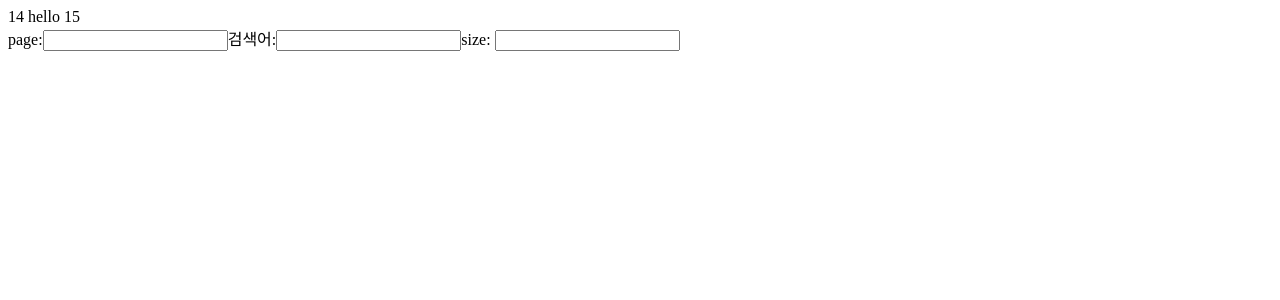
Repository: 12hongkildong/ttest
Page: http://localhost/webPrj/input?p=14&q=hello&s=15
These files come from the project's save history. The page is drawn as it stood at one moment and after the next save; the edit follows.
The browser window is 1280 px wide. The pictures show the whole page.
The page is served by Tomcat 10. Other server files are loaded and not shown.

Above is the page before, as saved 2023-02-17 07:49:31.

### workspace/webPrj/src/main/java/com/newlecture/web/InputController.java
package com.newlecture.web;

import java.io.IOException;
import java.io.PrintWriter;

import jakarta.servlet.ServletException;
import jakarta.servlet.annotation.WebFilter;
import jakarta.servlet.annotation.WebServlet;
import jakarta.servlet.http.HttpServlet;
import jakarta.servlet.http.HttpServletRequest;
import jakarta.servlet.http.HttpServletResponse;

@WebServlet("/input")
public class InputController extends HttpServlet{

	@Override
	protected void service(HttpServletRequest request, HttpServletResponse response) throws ServletException, IOException {
//		1. 쿼리 스트림을 이용한 입력znjfl tmxmfladmf dldydgks dlqfur
//			QueryString이란? 데이터 제공하는 방법, 그대신 우리 비밀번호 같은 게 보이게 된다?
//		예: 페이지, 검색어, 레코드 개수, 날짜 범위, 기간...
//		그럼 위의 옵션은 누가 결정하냐? -> 서버
//		그럼 어떤 식으로 서버가 그 값을 받도록 할 것인가?

//		int page = request.getParameter("p");
//		전달한 내용은 무조건 문자열로 오기에 int로 받으니 오류가 나는 것 integer형으로 바꾸나?
//		입력 값은 무조건 문자열이므로 바로 int로 사용할 수 없다.
		response.setContentType("text/html; charset=UTF-8");


		String page = request.getParameter("p");
		String q = request.getParameter("q");

		String s = request.getParameter("s");
		// dlqfur rkqtdmf wjsekfgksms tkdydwksms zldnjemfh ㅔfmf tkdydgkehfhr rufwjdgks ruddn ekdmacjfja rkqtdmf qkedmf tn dlTEk.

//		그럼 요청하는 방법은?
//		input?=1
		PrintWriter out = response.getWriter();
//		http://localhost:8080/input?p=3&q=hello&s=15


		out.println(page);
		out.println(q);
		out.println(s);

		// dnldml znjfltmxmfladptj 냨ㄷfmf dlqfur qkerl dnlgks zldnjemfmf dho rnedl ㄴfh gotSkdy? -> rmsid 냐
		// 위의 쿼리스트림에서 size를 입력 받기 위한 키워드를 왜 굳이 ㄴfh goTSkdy? rmsid 냨ㄷfh gkwl?
		// 웹의 주소는 원래 1000자 내외의 길이제한이 있다 값을 줄일 수 는 없으니 키워드라도 줄여보자고 했던 것
//		과거 플랫폼과의 호환성 때문이다.
//		여담이지만 최근엔 제한이 없다는 말도 있습니다.



//		2. form을 이용한 입력
//		사실 쿼리 스트릠은 사용자가 전달하는 값이라기 보다 페이지를 제공하는 쪽에서 정해진 값을 선택하게 하는 방식이다.
//		예를 들어 쿼리스트림은 사용자가 url창을 직접 편집하는 것이 아니라 다음처럼 링크에 잇는 경우가 일반적이다
//		<a href="/input?p=2&q=hello&s=15">2</a>
//		<a href="/input?p=3&q=hello&s=15">1</a>
//		d위와 같이 이미 정해진 값 중 하나의 링크를 선택함으로 입력을 요청하게 된다.
//		반면 사용자가 값을 직접 입력하게 하고 싶다면 어떻게 할까? 그때는 form을 제공함으로 입력을 하게 한다.
		out.write("<form action=\"/input\">");
		out.write("<label>page:</label>");
			out.write("<input type=\"text\" name=\"p\">");
			out.write("<label>검색어:</label>");
			out.write("<input type=\"text\" name=\"q\">");
			out.write("<label>size:</label>");
			out.write("	<input type=\"text\" name=\"size\">");
		out.write("</form>");


//		out.write("<form action=\"/input\">");
//			out.write(" <label>page:</label>");
//			out.write(" <input type=\"text\" name=\"p\">");
//			out.write(" <label>:</label>");
//			out.write(" <input type=\"text\" name=\"q\">");
//			out.write(" <label>size:</label>");
//			out.write(" <input type=\"text\" name=\"size\">");
//		out.write("</form>");

//		3. 쿠키 입력



//		4. header 입력



//		5. hidden 필드 입력

	}



}

After the next save:
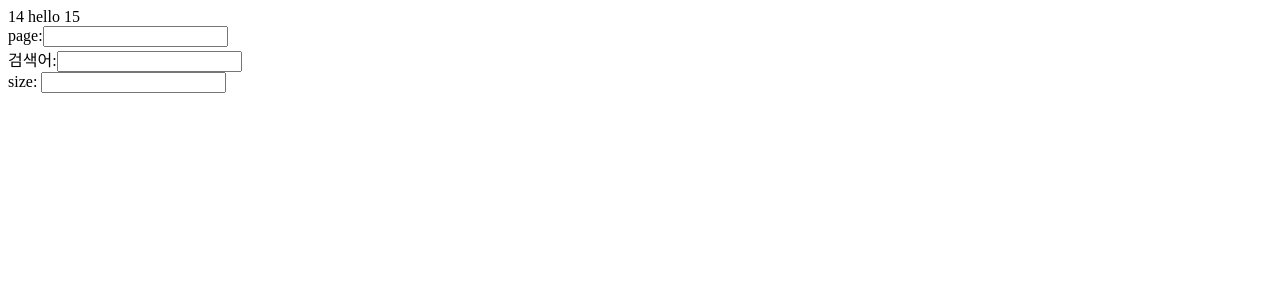
Saved 33 s later.
--- a/workspace/webPrj/src/main/java/com/newlecture/web/InputController.java
+++ b/workspace/webPrj/src/main/java/com/newlecture/web/InputController.java
@@ -60,11 +60,11 @@ public class InputController extends HttpServlet{
 //		반면 사용자가 값을 직접 입력하게 하고 싶다면 어떻게 할까? 그때는 form을 제공함으로 입력을 하게 한다.
 		out.write("<form action=\"/input\">");
 		out.write("<label>page:</label>");
-			out.write("<input type=\"text\" name=\"p\">");
+			out.write("<input type=\"text\" name=\"p\"><br>");
 			out.write("<label>검색어:</label>");
-			out.write("<input type=\"text\" name=\"q\">");
+			out.write("<input type=\"text\" name=\"q\"><br>");
 			out.write("<label>size:</label>");
-			out.write("	<input type=\"text\" name=\"size\">");
+			out.write("	<input type=\"text\" name=\"size\"><br>");
 		out.write("</form>");
 
 
